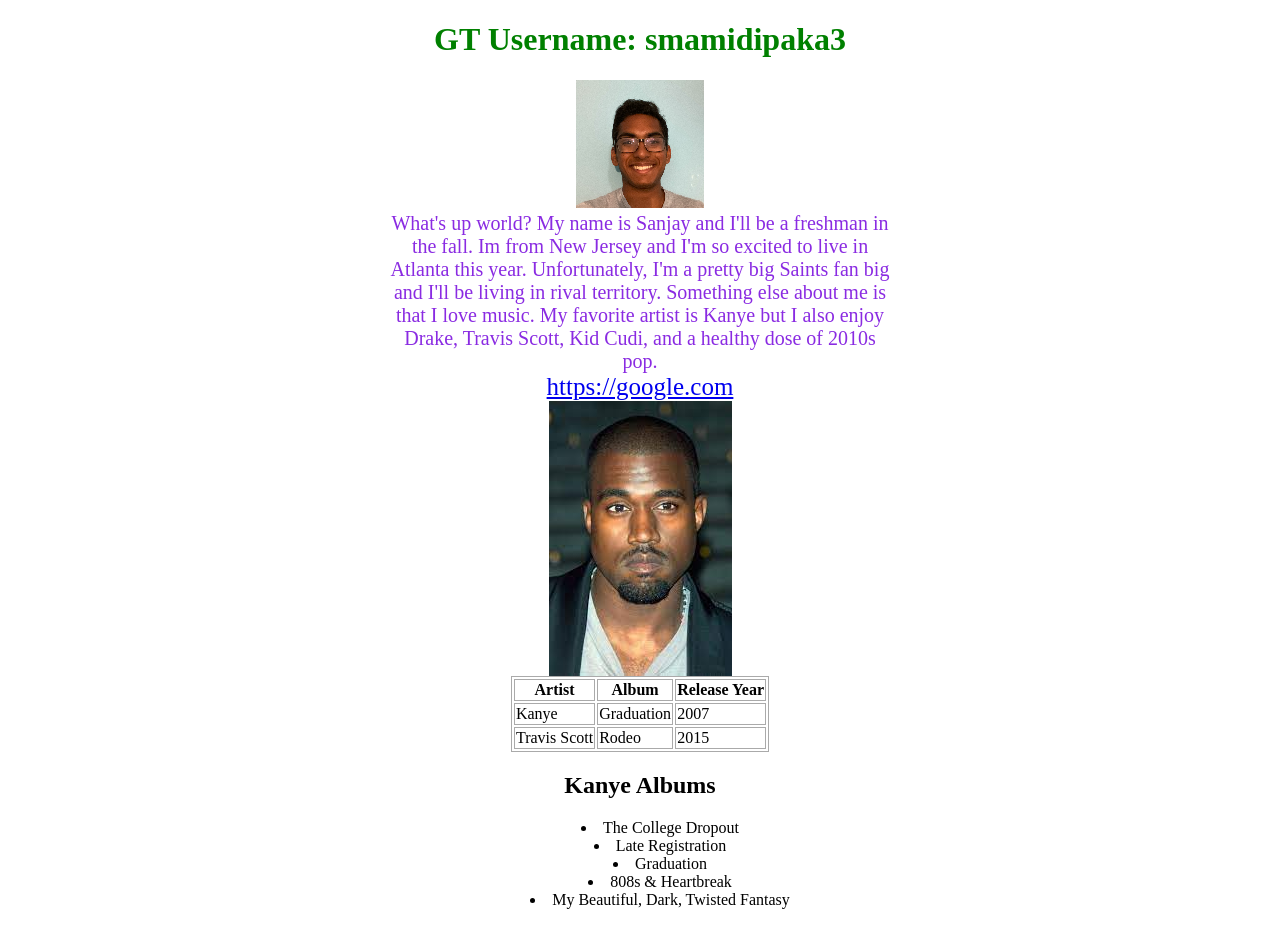
Repository: sanjayMamidipaka/cs1301
Page: lab01/index.html
These files come from the project's save history. The page is drawn as it stood at one moment and after a run of saves; the edit follows.
The browser window is 1280 px wide. The pictures show the whole page.

Above is the page before, as saved 2021-07-22 17:11:31.

### lab01/index.html
<!DOCTYPE html>

<head>
    <link rel="stylesheet" href="style.css">
  </head>

  <div class = "h1">
    <h1>GT Username: smamidipaka3</h1>

    <img src="image.png" alt="My Picture">
    <p class = 'description'>
        What's up world? My name is Sanjay and I'll be a freshman in the fall. Im from New Jersey and I'm so excited to live in Atlanta this year.
        Unfortunately, I'm a pretty big Saints fan big and I'll be living in rival territory. Something else about me is that I love music. My favorite artist is Kanye but
        I also enjoy Drake, Travis Scott, Kid Cudi, and a healthy dose of 2010s pop.
    </p>

    <a class='link' href="https://google.com">https://google.com</a>

  </div>

  <a href="https://www.kanyewest.com/" >
    <img class='kanye' src="kanye.jpeg" alt="The GOAT's pic">
</a>

<table class='table'>
    <tr>
        <th>Artist</th>
        <th>Album</th>
        <th>Release Year</th>
    </tr>

    <tr>
        <td>Kanye</td>
        <td>Graduation</td>
        <td>2007</td>
    </tr>

    <tr>
        <td>Travis Scott</td>
        <td>Rodeo</td>
        <td>2015</td>
    </tr>
</table>

<div class='listdiv'></div>
    <h2 class='listtitle'>Kanye Albums</h2>

    <ul class='list'>
        <li>The College Dropout</li>
        <li>Late Registration</li>
        <li>Graduation</li>
        <li>808s & Heartbreak</li>
        <li>My Beautiful, Dark, Twisted Fantasy</li>
      </ul>
</div>

### lab01/style.css
.h1 {
    text-align: center;
    color: green;
}

.description {
    width: 500px;
    text-align: center;
    margin: auto;
    color: blueviolet;
    font-size: 20px;
}

.link {
    font-size: 25px;

}

.kanye {
    display: block;
    margin-left: auto;
    margin-right: auto;
}

.table, th, td {
    border: 1px solid #aaaaaa;
    margin-left: auto;
    margin-right: auto;
}

.listtitle {
    text-align: center;
}

.list {
    text-align: center;
    list-style: inside;
}

After the next 2 saves:
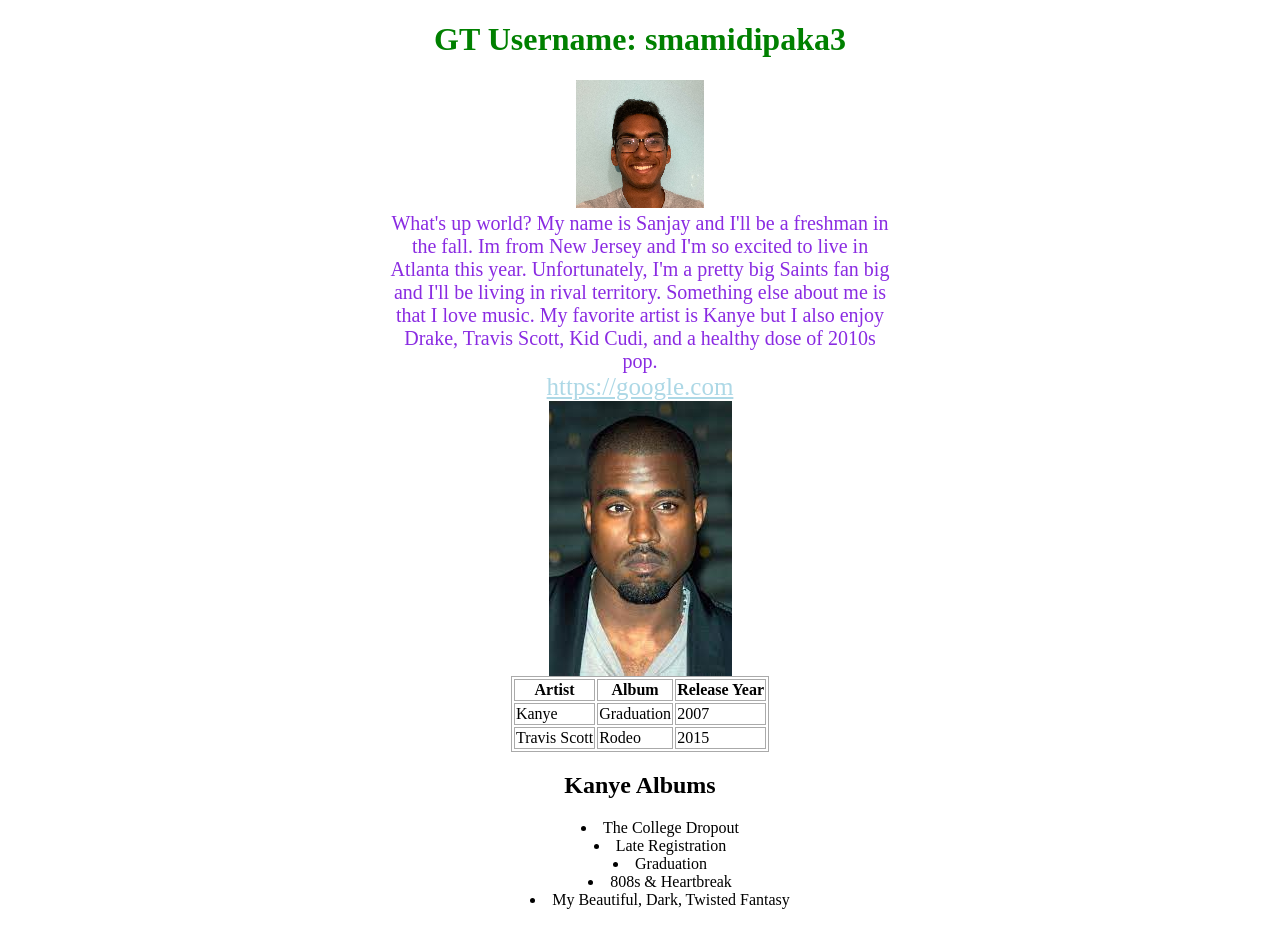
The 2 saves are shown as one change because they came seconds apart.
The last was saved 23 s later.
--- a/lab01/style.css
+++ b/lab01/style.css
@@ -13,7 +13,7 @@
 
 .link {
     font-size: 25px;
-
+    color: lightblue;
 }
 
 .kanye {
